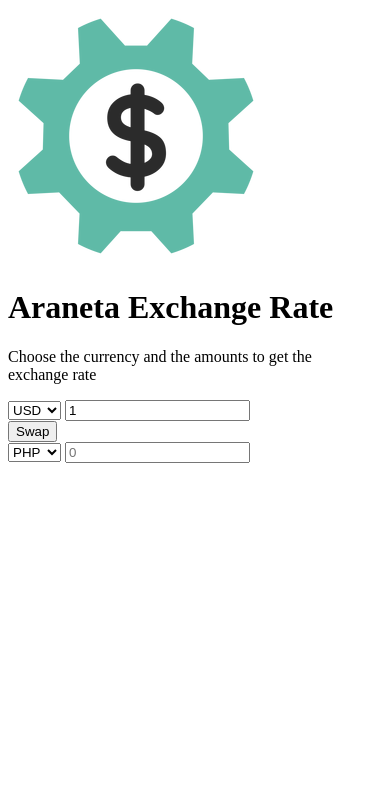
Repository: kenneth1175/ExchangeRateCalculator
Page: index.html
These files come from the project's save history. The page is drawn as it stood at one moment and after the next save; the edit follows.
The browser window is 375 px wide. The pictures show the whole page.
The page's requests for data from a server got no answer.

Above is the page before, as saved 2025-10-04 23:32:04.

### index.html
<!DOCTYPE html>
<html lang="en">
  <head>
    <meta charset="UTF-8" />
    <meta name="viewport" content="width=device-width, initial-scale=1.0" />
    <title>Araneta Exchange Rate Calculator</title>
    <link rel="stylesheet" href="style.css" />
  </head>
  <body>
    <img src="./img/money.png" alt="logo" class="money-img" />
    <h1>Araneta Exchange Rate</h1>
    <p>Choose the currency and the amounts to get the exchange rate</p>

    <div class="container">
      <div class="currency">
        <select id="currency-one">
          <option value="AED">AED</option>
          <option value="ARS">ARS</option>
          <option value="AUD">AUD</option>
          <option value="BGN">BGN</option>
          <option value="BRL">BRL</option>
          <option value="BSD">BSD</option>
          <option value="CAD">CAD</option>
          <option value="CHF">CHF</option>
          <option value="CLP">CLP</option>
          <option value="CNY">CNY</option>
          <option value="COP">COP</option>
          <option value="CZK">CZK</option>
          <option value="DKK">DKK</option>
          <option value="DOP">DOP</option>
          <option value="EGP">EGP</option>
          <option value="EUR">EUR</option>
          <option value="FJD">FJD</option>
          <option value="GBP">GBP</option>
          <option value="GTQ">GTQ</option>
          <option value="HKD">HKD</option>
          <option value="HRK">HRK</option>
          <option value="HUF">HUF</option>
          <option value="IDR">IDR</option>
          <option value="ILS">ILS</option>
          <option value="INR">INR</option>
          <option value="ISK">ISK</option>
          <option value="JPY">JPY</option>
          <option value="KRW">KRW</option>
          <option value="KZT">KZT</option>
          <option value="MXN">MXN</option>
          <option value="MYR">MYR</option>
          <option value="NOK">NOK</option>
          <option value="NZD">NZD</option>
          <option value="PAB">PAB</option>
          <option value="PEN">PEN</option>
          <option value="PHP">PHP</option>
          <option value="PKR">PKR</option>
          <option value="PLN">PLN</option>
          <option value="PYG">PYG</option>
          <option value="RON">RON</option>
          <option value="RUB">RUB</option>
          <option value="SAR">SAR</option>
          <option value="SEK">SEK</option>
          <option value="SGD">SGD</option>
          <option value="THB">THB</option>
          <option value="TRY">TRY</option>
          <option value="TWD">TWD</option>
          <option value="UAH">UAH</option>
          <option value="USD" selected>USD</option>
          <option value="UYU">UYU</option>
          <option value="VND">VND</option>
          <option value="ZAR">ZAR</option>
        </select>
        <input type="number" id="amount-one" placeholder="0" value="1" />
      </div>

      <div class="swap-rate-container">
        <button class="btn" id="swap">Swap</button>
        <div class="rate" id="rate"></div>
      </div>

      <div class="currency">
        <select id="currency-two">
          <option value="AED">AED</option>
          <option value="ARS">ARS</option>
          <option value="AUD">AUD</option>
          <option value="BGN">BGN</option>
          <option value="BRL">BRL</option>
          <option value="BSD">BSD</option>
          <option value="CAD">CAD</option>
          <option value="CHF">CHF</option>
          <option value="CLP">CLP</option>
          <option value="CNY">CNY</option>
          <option value="COP">COP</option>
          <option value="CZK">CZK</option>
          <option value="DKK">DKK</option>
          <option value="DOP">DOP</option>
          <option value="EGP">EGP</option>
          <option value="EUR">EUR</option>
          <option value="FJD">FJD</option>
          <option value="GBP">GBP</option>
          <option value="GTQ">GTQ</option>
          <option value="HKD">HKD</option>
          <option value="HRK">HRK</option>
          <option value="HUF">HUF</option>
          <option value="IDR">IDR</option>
          <option value="ILS">ILS</option>
          <option value="INR">INR</option>
          <option value="ISK">ISK</option>
          <option value="JPY">JPY</option>
          <option value="KRW">KRW</option>
          <option value="KZT">KZT</option>
          <option value="MXN">MXN</option>
          <option value="MYR">MYR</option>
          <option value="NOK">NOK</option>
          <option value="NZD">NZD</option>
          <option value="PAB">PAB</option>
          <option value="PEN">PEN</option>
          <option value="PHP" selected>PHP</option>
          <option value="PKR">PKR</option>
          <option value="PLN">PLN</option>
          <option value="PYG">PYG</option>
          <option value="RON">RON</option>
          <option value="RUB">RUB</option>
          <option value="SAR">SAR</option>
          <option value="SEK">SEK</option>
          <option value="SGD">SGD</option>
          <option value="THB">THB</option>
          <option value="TRY">TRY</option>
          <option value="TWD">TWD</option>
          <option value="UAH">UAH</option>
          <option value="USD">USD</option>
          <option value="UYU">UYU</option>
          <option value="VND">VND</option>
          <option value="ZAR">ZAR</option>
        </select>
        <input type="number" id="amount-two" placeholder="0" />
      </div>
    <script src="script.js"></script>
  </body>
</html>

### style.css
/* Universal Code For The Color */
/* :root {
  --primary-color: #5fbaa7;
}

/* *********************************************** */
/* * {
  box-sizing: border-box;
}

body {
  background-color: #f4f4f4;
  font-family: Arial, Helvetica, sans-serif;
  display: flex;
  flex-direction: column;
  align-items: center;
  justify-content: center;
  height: 100vh;
  margin: 0;
  padding: 20px;
} */

/* h1 {
  color: var(--primary-color);
}

p {
  text-align: center;
}

.btn {
  color: #fff;
  background: var(--primary-color);
  cursor: pointer;
  border-radius: 5px;
  font-size: 12px;
  padding: 5px 12px;
}

.money-img {
  width: 150px;
} */

/* .currency {
  padding: 40px 0;
  display: flex;
  align-items: center;
  justify-content: space-between;
}

.currency select {
  padding: 10px 20px 10px 10px;
  -moz-appearance: none;
  -webkit-appearance: none;
  appearance: none;
  border: 1px solid #dedede;
  font-size: 16px;
  background: transparent;
  background-image: url("data:[embedded picture, 475 characters]");
  background-position: right 10px top 50%, 0, 0;
  background-size: 12px auto, 100%;
  background-repeat: no-repeat;
}

.currency input {
  border: 0;
  background: transparent;
  font-size: 30px;
  text-align: right;
}

.swap-rate-container {
  display: flex;
  align-items: center;
  justify-content: space-between;
}

.rate {
  color: var(--primary-color);
  font-size: 14px;
  padding: 0 10px;
} */

/* Gets rid of outline on buttons */

/* select:focus,
input:focus,
button:focus {
  outline: 0;
}

@media (max-width: 600px) {
  .currrency input {
    width: 200px;
  }
} */

### script.js
const currencyEl_one = document.getElementById("currency-one");
const amountEl_one = document.getElementById("amount-one");
const currencyEl_two = document.getElementById("currency-two");
const amountEl_two = document.getElementById("amount-two");

const rateEl = document.getElementById("rate");
const swap = document.getElementById("swap");

// Fetch exchange rates and update the DOM
function calculate() {
  const currency_one = currencyEl_one.value;
  const currency_two = currencyEl_two.value;
  // console.log(currency_one, currency_two);

  fetch(
    // `https://v6.exchangerate-api.com/v6/65204067a11028042ce4d3fc/latest/${currency_one}`
    `https://api.exchangerate-api.com/v4/latest/${currency_one}`
  )
    .then((res) => res.json())
    .then((data) => {
      const rate = data.rates[currency_two];

      rateEl.innerText = `1 ${currency_one} = ${rate} ${currency_two}`;

      amountEl_two.value = (amountEl_one.value * rate).toFixed(2);
    });
}

// Event Listeners
currencyEl_one.addEventListener("change", calculate);
amountEl_one.addEventListener("input", calculate);
currencyEl_two.addEventListener("change", calculate);
amountEl_two.addEventListener("input", calculate);

swap.addEventListener("click", () => {
  const temp = currencyEl_one.value;
  currencyEl_one.value = currencyEl_two.value;
  currencyEl_two.value = temp;
  calculate();
});

calculate();

After the next save:
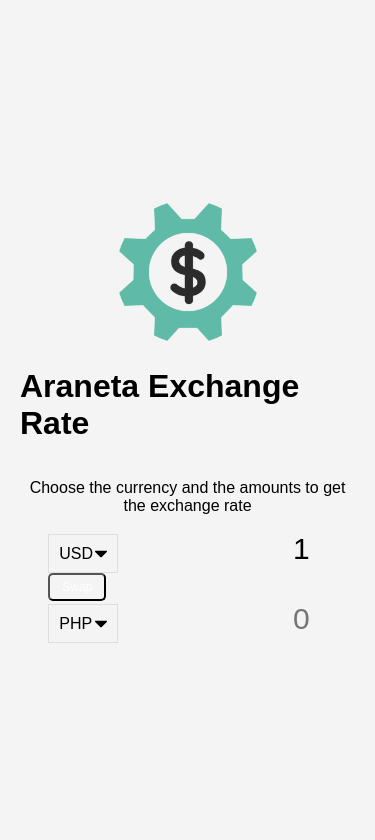
Saved 3 min 22 s later.
--- a/style.css
+++ b/style.css
@@ -1,10 +1,11 @@
 /* Universal Code For The Color */
-/* :root {
+
+:root { */
   --primary-color: #5fbaa7;
 }
 
 /* *********************************************** */
-/* * {
+ {
   box-sizing: border-box;
 }
 
@@ -18,9 +19,9 @@ body {
   height: 100vh;
   margin: 0;
   padding: 20px;
-} */
+}
 
-/* h1 {
+h1 {
   color: var(--primary-color);
 }
 
@@ -39,9 +40,8 @@ p {
 
 .money-img {
   width: 150px;
-} */
-
-/* .currency {
+}
+*/ .currency {
   padding: 40px 0;
   display: flex;
   align-items: center;
@@ -79,18 +79,15 @@ p {
   color: var(--primary-color);
   font-size: 14px;
   padding: 0 10px;
-} */
-
-/* Gets rid of outline on buttons */
-
-/* select:focus,
+}
+*/ Gets rid of outline on buttons */ select:focus,
 input:focus,
 button:focus {
   outline: 0;
 }
 
 @media (max-width: 600px) {
-  .currrency input {
+  .currency input {
     width: 200px;
   }
-} */
+}
